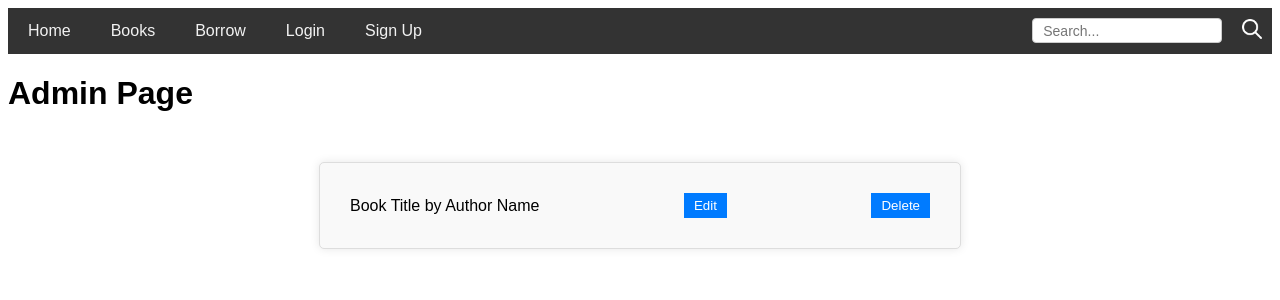
Repository: fadyesk12/Web-Technology-Course-Project
Page: auth/admin.html
An editor plug-in stored every save of this project. The page is shown before and after the next save, followed by the edit.
The browser window is 1280 px wide. The pictures show the whole page.

Above is the page before, as saved 2024-04-20 09:54:17.

After the next save:
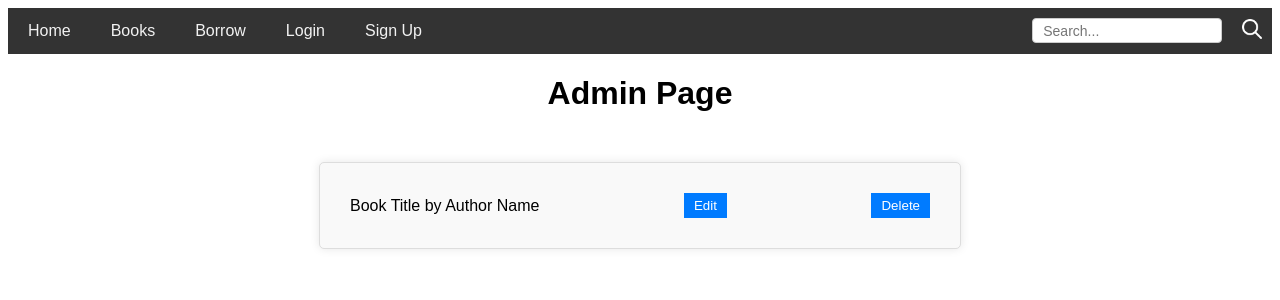
Saved 22 s later.
--- a/Styling/admin.css
+++ b/Styling/admin.css
@@ -19,6 +19,11 @@
 
 body {
     font-family: Arial, sans-serif;
+}
+
+h1,
+h2 {
+    text-align: center;
 }
 
 .container {
